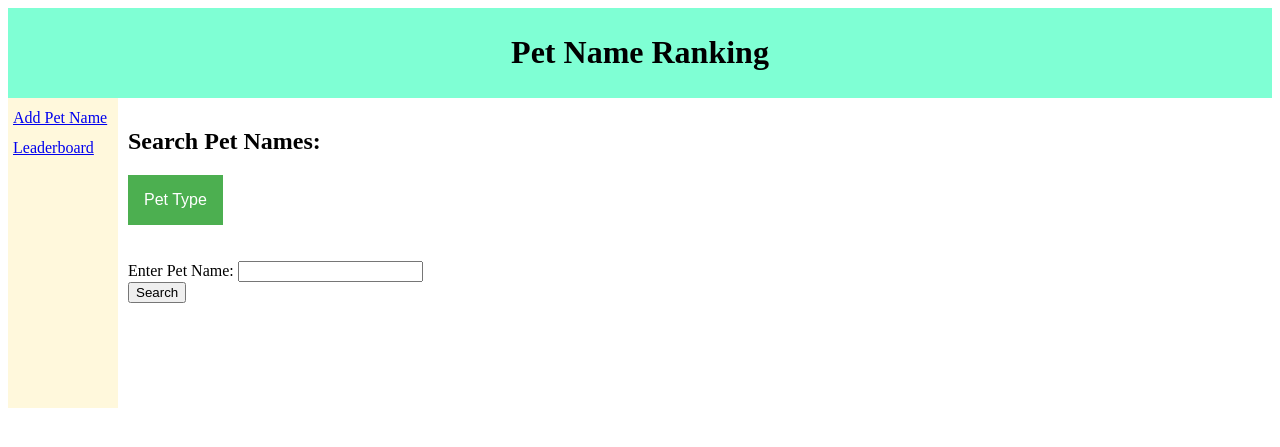
Repository: mutterbucket/TriplettTermProject4830
Page: workspaceCSCI4830-tech-excercise-Triplett/techExcerciseTriplett/WebContent/home_search.html
An editor plug-in stored every save of this project. The page is shown before and after the next save, followed by the edit.
The browser window is 1280 px wide. The pictures show the whole page.

Above is the page before, as saved 2020-02-21 22:37:40.

### workspaceCSCI4830-tech-excercise-Triplett/techExcerciseTriplett/WebContent/home_search.html
<!DOCTYPE html>
<html>
<head>
<meta charset="ISO-8859-1">
<style type="text/css">
header {
    background-color:aquamarine;
    color: black;
    text-align: center;
    padding: 5px;
}
nav {
    line-height:30px;
    background-color:cornsilk;
    height:300px;
    width:100px;
    float:left;
    padding:5px;
}
section {
    width:350px;
    float:left;
    padding:10px;
}
.dropbtn {
  background-color:#4CAF50;
  color: white;
  padding: 16px;
  font-size: 16px;
  border: none;
}
.dropdown {
  position: relative;
  display: inline-block;
}
.dropdown-content {
  display: none;
  position: absolute;
  background-color:#f1f1f1;
  min-width: 160px;
  box-shadow: 0px 8px 16px 0px rgba(0,0,0,0.2);
  z-index: 1;
}
.dropdown-content a {
  color: black;
  padding: 12px 16px;
  text-decoration: none;
  display: block;
}
.dropdown:hover .dropdown-content {
  display: block;
}
.dropdown-content a:hover {
  background-color: #ddd;
}
footer {
    background-color:19FFBD;
    color:black;
    clear:both;
    text-align:center;
    padding:5px;
}
</style>
</head>
<body>
<header>
<h1>Pet Name Ranking</h1>
</header>

<nav>
<a href="/techExcerciseTriplett/add_name.html">Add Pet Name</a> <br>
<a href="/techExcerciseTriplett/leaderboard.html">Leaderboard</a> <br>
</nav>

<section>
	<h1>Search Pet Names:</h1>

	<form action="SearchNames" method="POST">
		<div class="dropdown">
        	<button class="dropbtn">Pet Type</button>
       		<div class="dropdown-content">
        	 	<a href="#">Cat</a>
         		<a href="#">Dog</a>
         		<a href="#">Bird</a>
       		</div>
    	</div>
    	<br><br><br>
		Enter Pet Name: <input type="text" name="keyword"> <br />

		<input type="submit" value="Search" />
	</form>

</section>
</body>
</html>

After the next save:
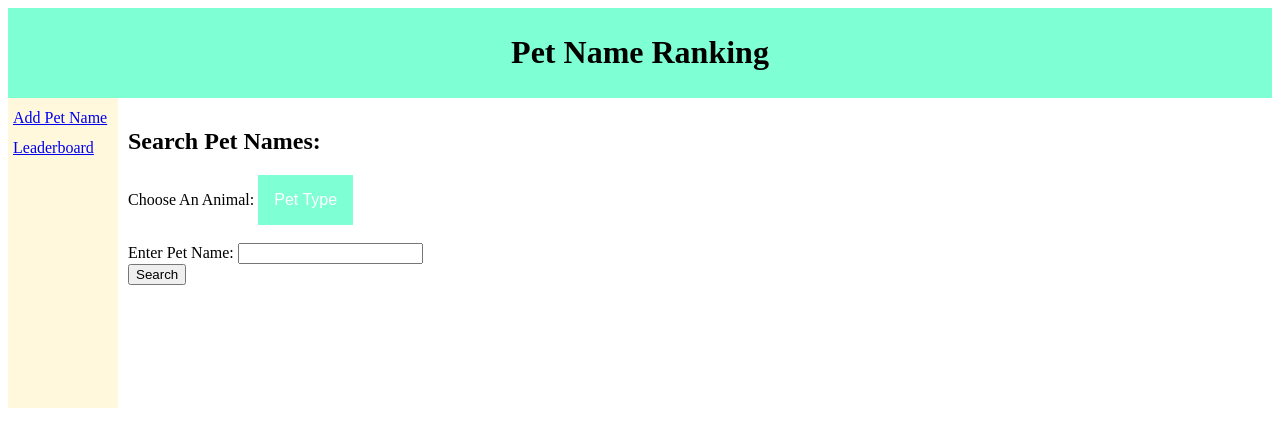
Saved 101 s later.
--- a/workspaceCSCI4830-tech-excercise-Triplett/techExcerciseTriplett/WebContent/home_search.html
+++ b/workspaceCSCI4830-tech-excercise-Triplett/techExcerciseTriplett/WebContent/home_search.html
@@ -23,7 +23,7 @@ section {
     padding:10px;
 }
 .dropbtn {
-  background-color:#4CAF50;
+  background-color:aquamarine;
   color: white;
   padding: 16px;
   font-size: 16px;
@@ -76,7 +76,7 @@ footer {
 	<h1>Search Pet Names:</h1>
 
 	<form action="SearchNames" method="POST">
-		<div class="dropdown">
+		Choose An Animal: <div class="dropdown">
         	<button class="dropbtn">Pet Type</button>
        		<div class="dropdown-content">
         	 	<a href="#">Cat</a>
@@ -84,7 +84,7 @@ footer {
          		<a href="#">Bird</a>
        		</div>
     	</div>
-    	<br><br><br>
+    	<br><br>
 		Enter Pet Name: <input type="text" name="keyword"> <br />
 
 		<input type="submit" value="Search" />
